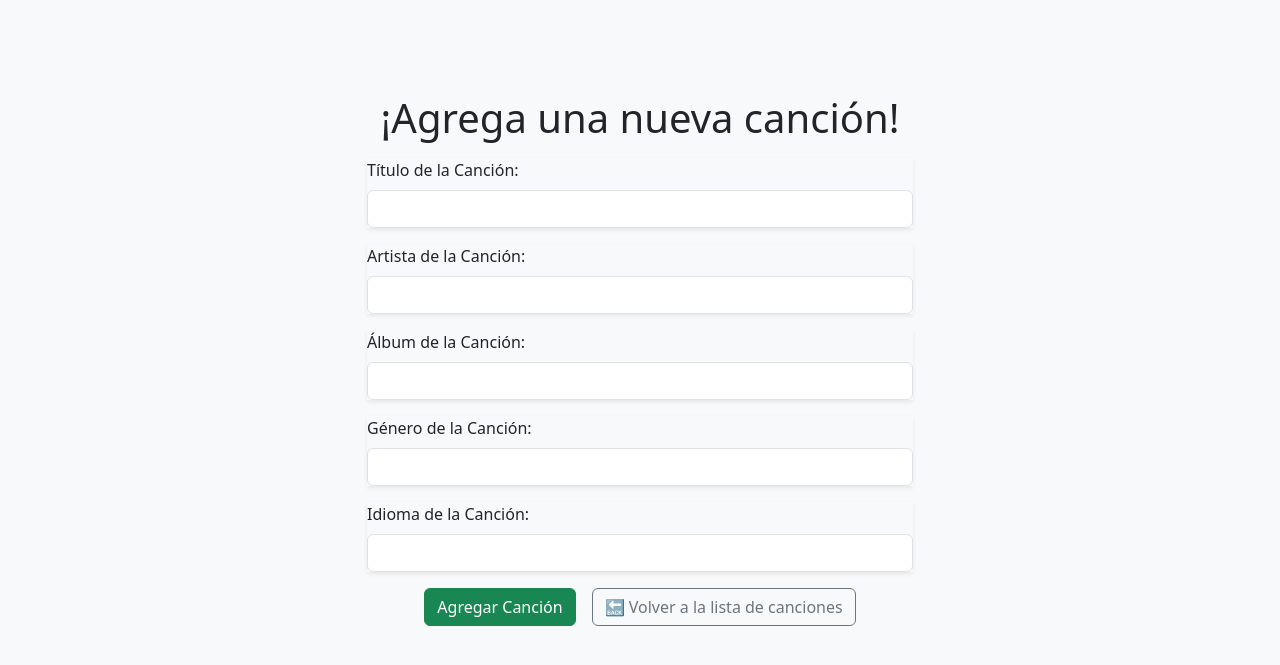
Repository: mariavanez/eliminar_canciones
Page: http://localhost/Canciones/WEB-INF/agregarCancion.jsp
These files come from the project's save history. The page is drawn as it stood at one moment and after the next save; the edit follows.
The browser window is 1280 px wide. The pictures show the whole page.
The page is served by Tomcat 9. Nobody is signed in. The template is opened directly, without the code that normally fills it, so the values that code supplies are empty.

Above is the page before, as saved 2025-02-09 18:26:52.

After the next save:
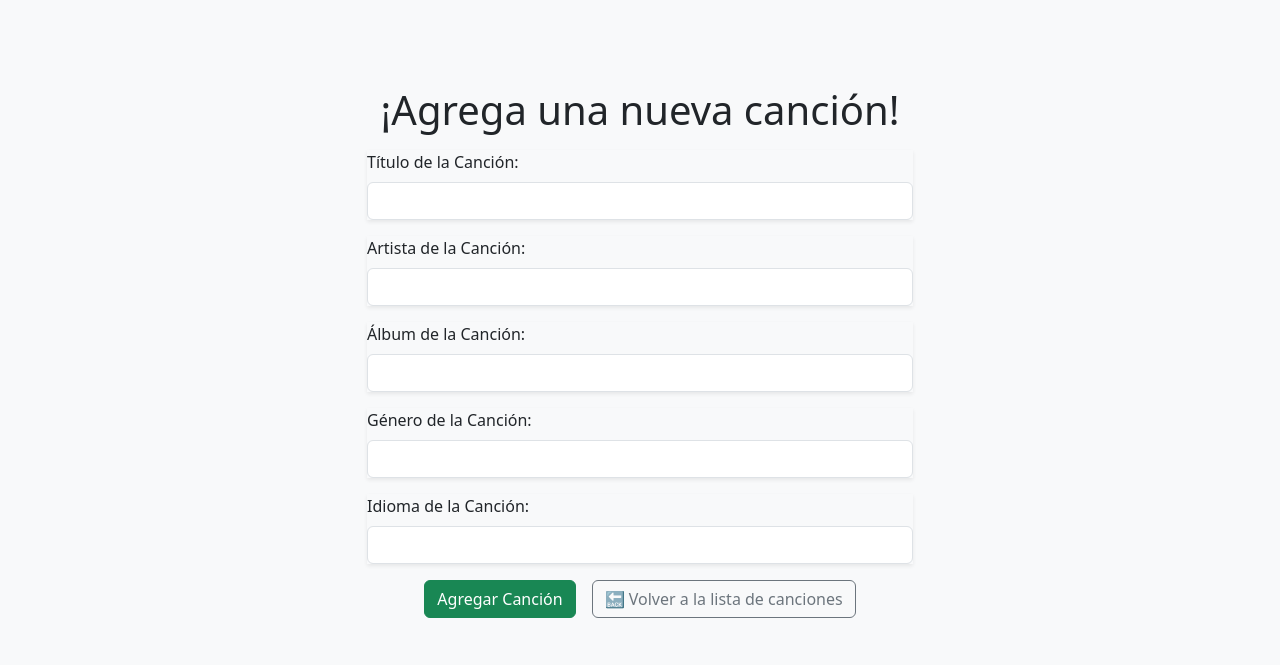
Saved 3 min 43 s later.
--- a/Canciones/src/main/webapp/WEB-INF/agregarCancion.jsp
+++ b/Canciones/src/main/webapp/WEB-INF/agregarCancion.jsp
@@ -40,7 +40,7 @@
 						<form:input path="idioma" type="text" class="form-control"></form:input>
 						<form:errors path="idioma" class="text-danger bg-light rounded p-1 d-block mt-1"></form:errors>
 					</div>
-					<div class="d-flex justify-content-center align-items-center gap-3">
+					<div class="d-flex justify-content-center align-items-center gap-3 mb-3">
 						<button type="submit" class="btn btn-success">Agregar Canción</button>
 						<a href="/canciones" class="btn btn-outline-secondary">🔙 Volver a la lista de canciones</a>
 					</div>
